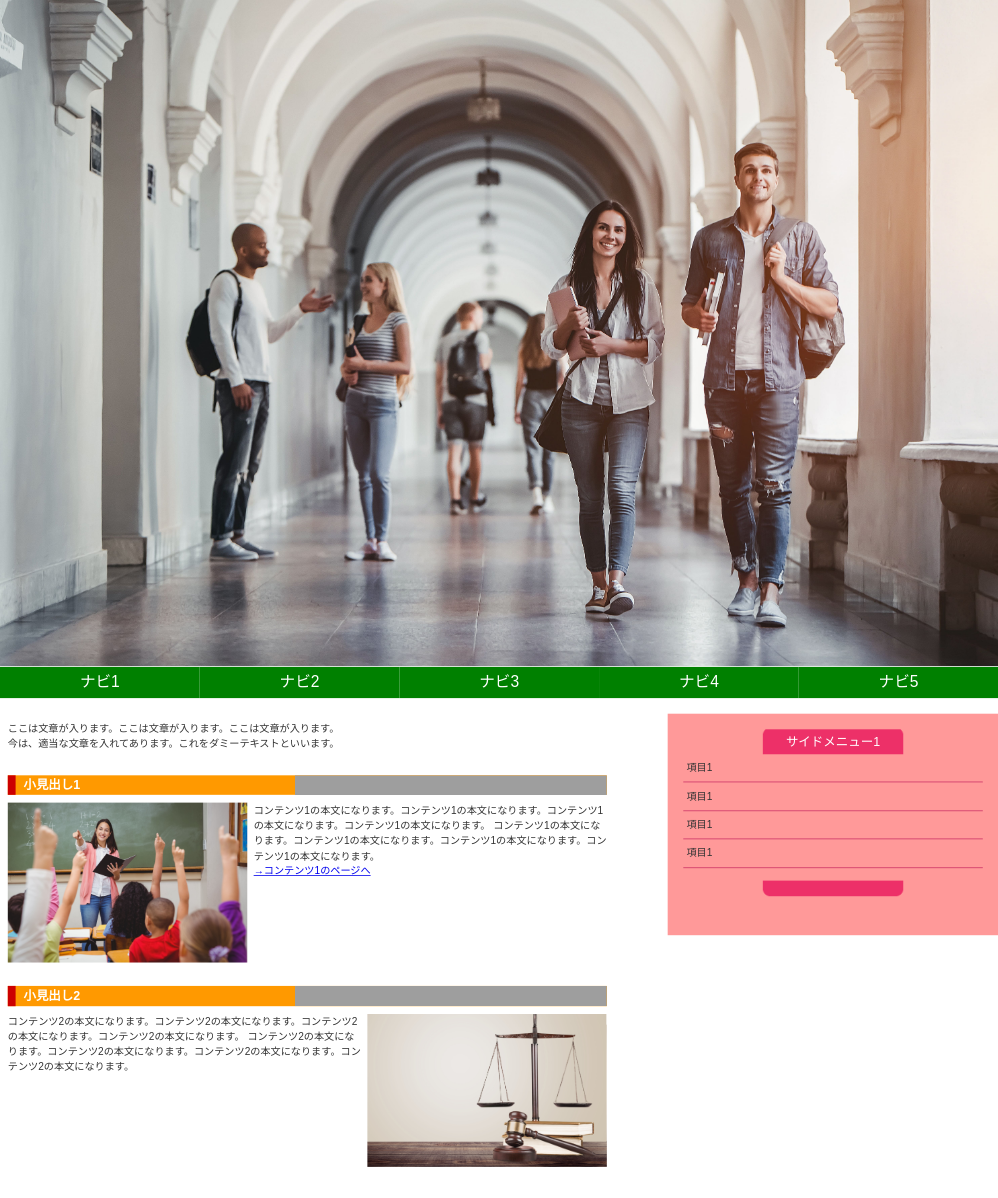
Repository: saekato/HTML
Page: home.html
The author's editor kept a record of every edit. The page is drawn from the files as they stood at one moment, then again after the next edit.
The browser window is 1280 px wide. The pictures show the whole page, at 78% of full size.
Pictures or frames that could not be fetched are drawn as grey boxes.

Above is the page before.

After the next edit:
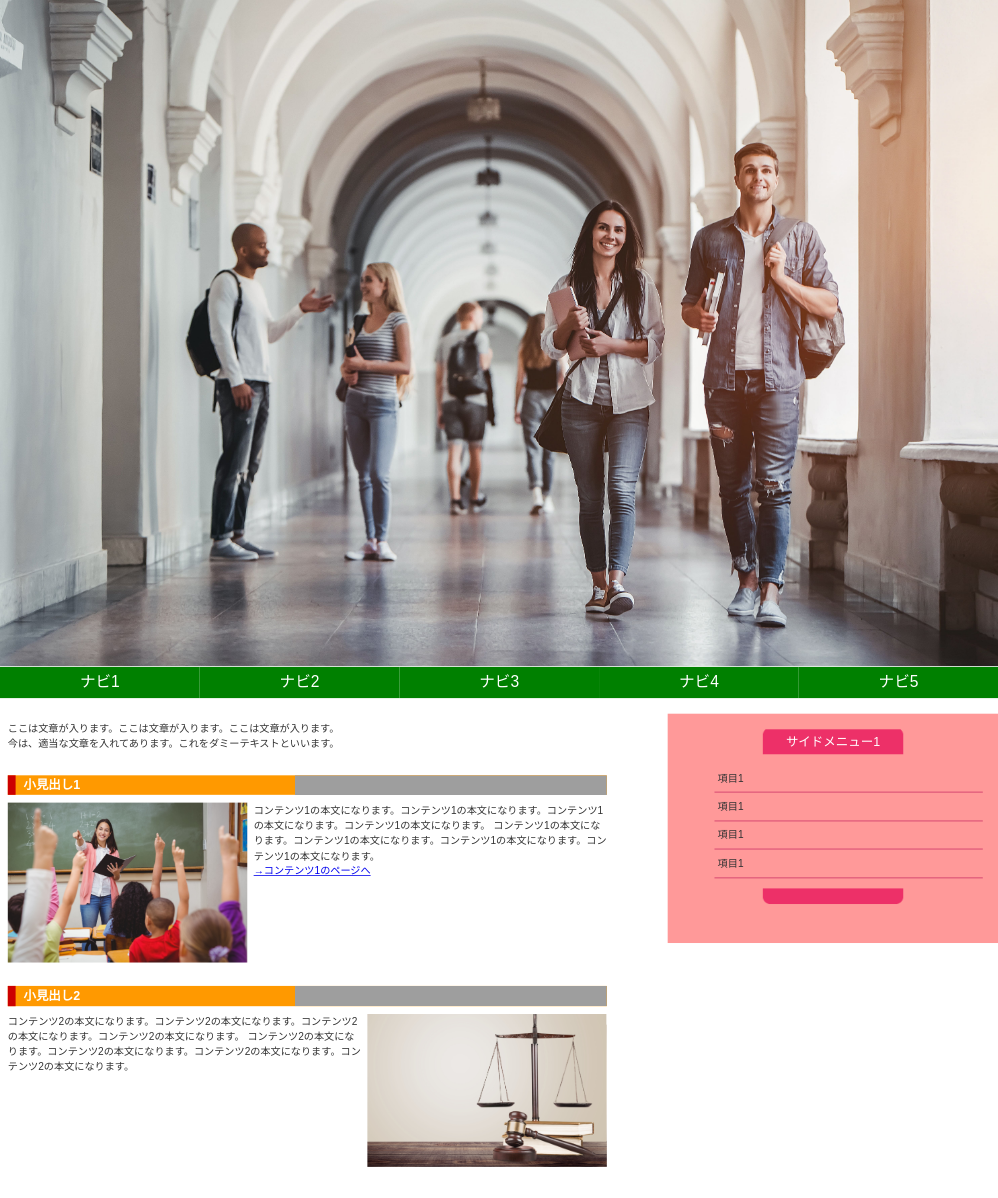
The edit:
--- a/stylesheet.css
+++ b/stylesheet.css
@@ -163,7 +163,7 @@
     border-left: solid 1px #C36;
     background: #fff;
 }
-#side .box .boxbody ul {
+#side .box .boxBody ul {
     margin: 0 0 16px 0;
     padding: 0
 }
